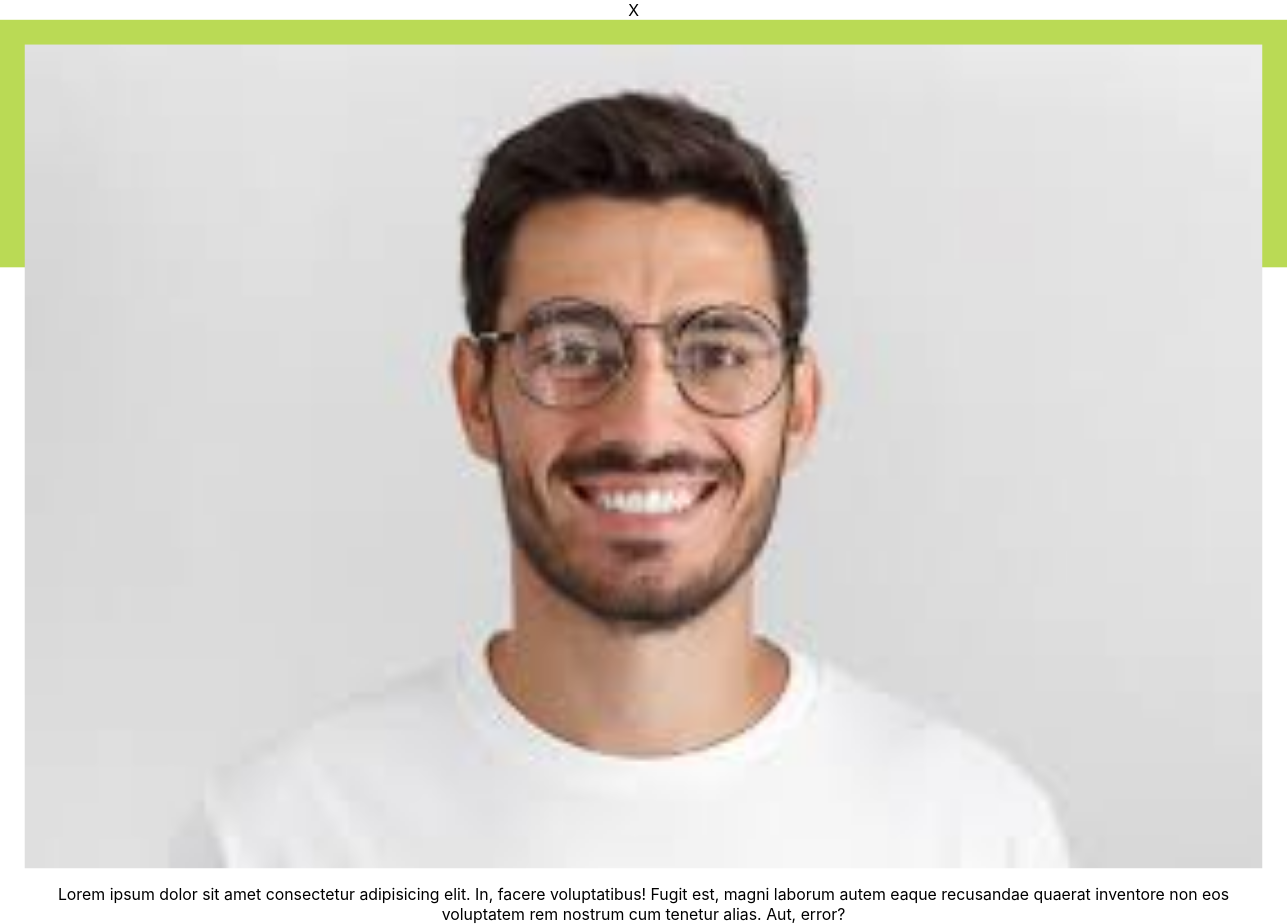
Repository: mikelnorth/team-profile-demo
Page: /
An editor plug-in stored every save of this project. The page is shown before and after the next save, followed by the edit.
The browser window is 1280 px wide. The page is 1300 px wide, then 1280 px, so the pictures cover 1300 px, including what lies to the right of the window. The pictures show the whole page, at 99% of full size.
The project was rebuilt for these pictures with package versions that can differ from the ones it lists, and the page was loaded fresh each time.

Above is the page before, as saved 2022-05-19 18:29:14.

After the next save:
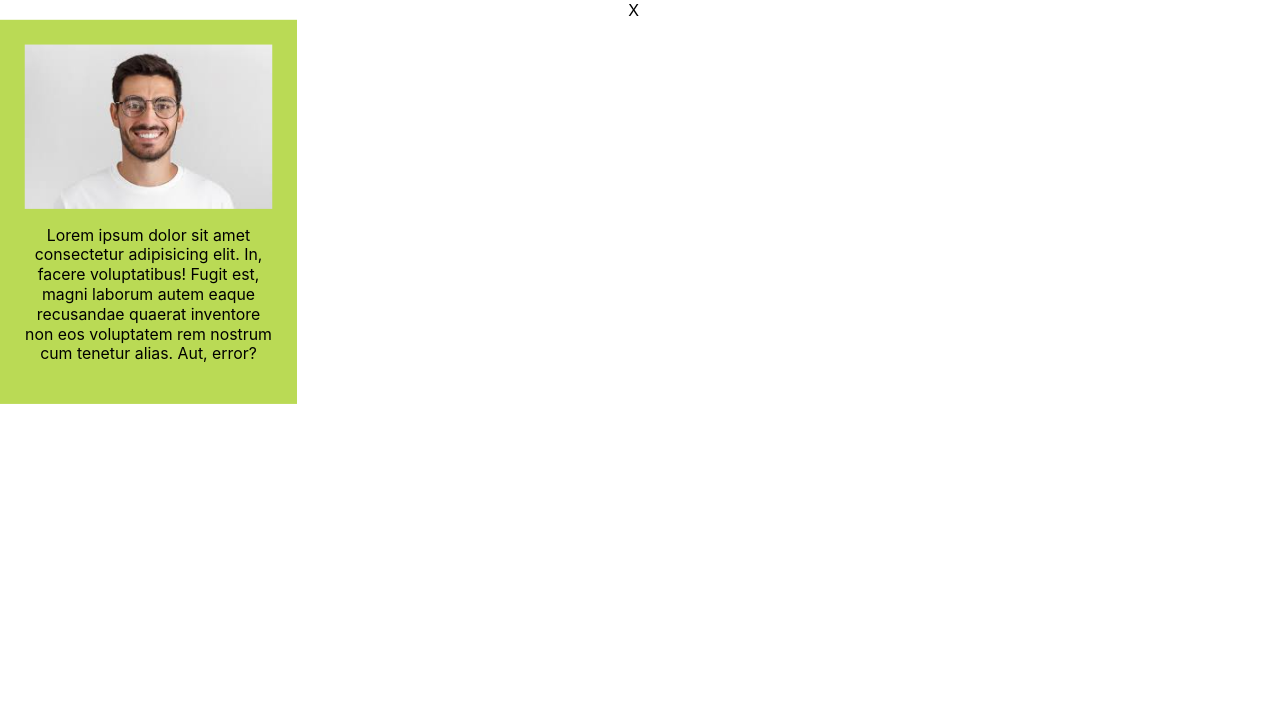
Saved 5 s later.
--- a/src/components/Card.scss
+++ b/src/components/Card.scss
@@ -1,8 +1,7 @@
 .card {
   display: flex;
   flex-direction: column;
-  width: 1250px;
-  height: 200px;
+  width: 250px;
   padding: 25px;
   background-color: #bada55;
 }
